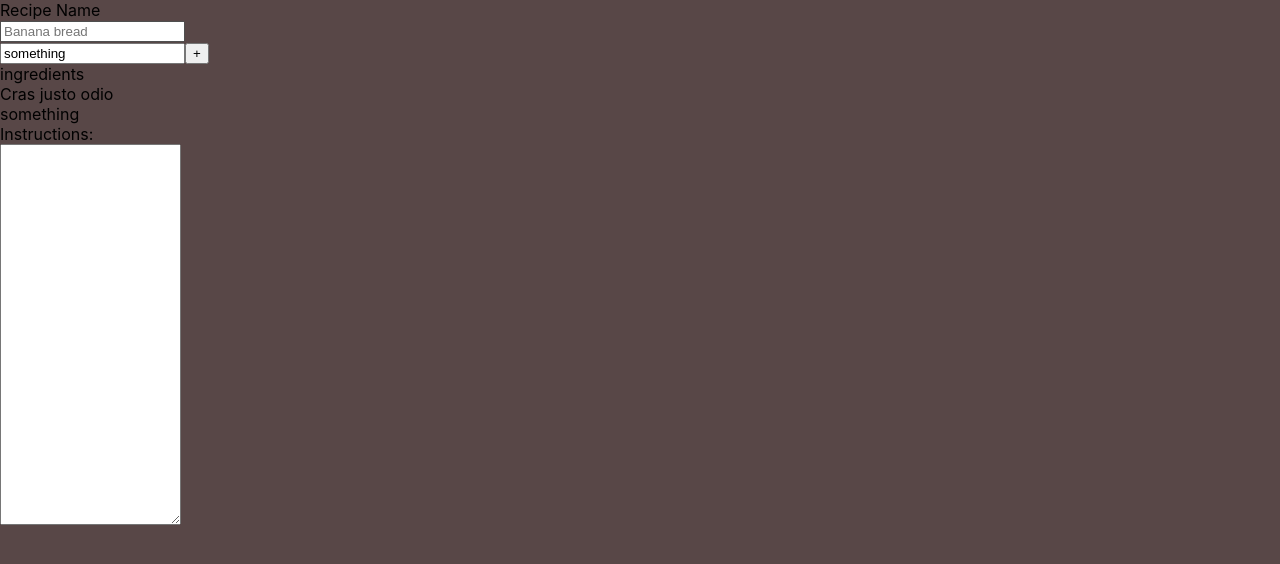
Repository: cdart1/React_Recipe_App
Page: / (app in recipe_app/)
The author's editor kept a copy of each file at every save. The page is drawn from the files as they stood at one save, then again after the next save.
The browser window is 1280 px wide. The pictures show the whole page.
The project was rebuilt for these pictures with package versions that can differ from the ones it lists, and the page was loaded fresh each time.

Above is the page before, as saved 2021-03-14 17:09:48.

After the next save:
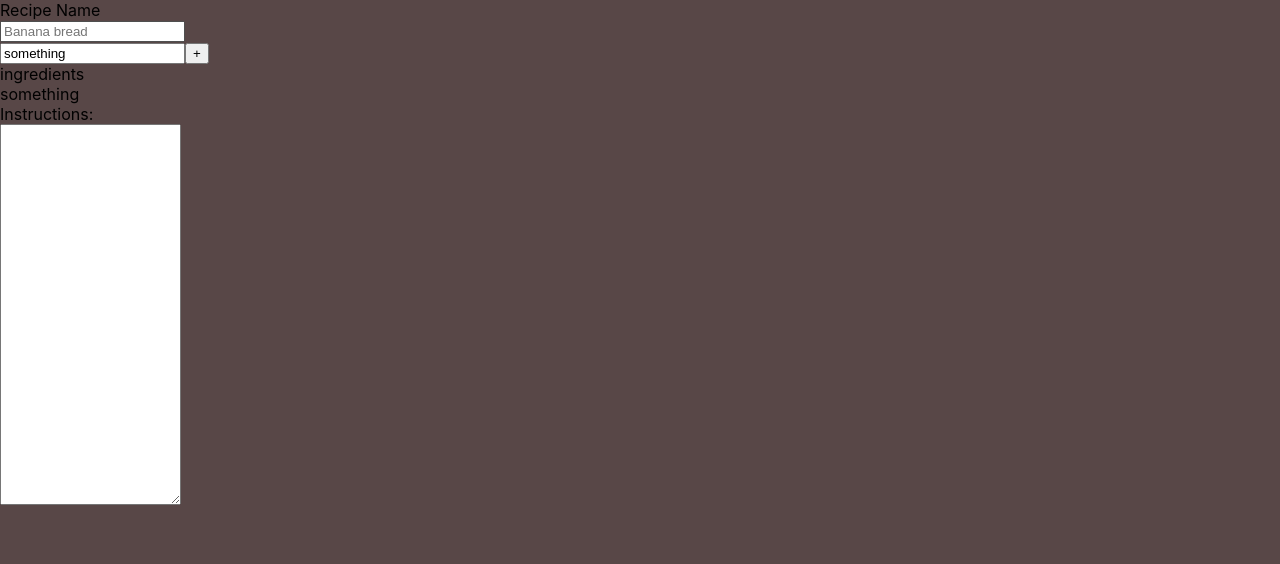
Saved 17 s later.
--- a/recipe_app/src/Components/form.js
+++ b/recipe_app/src/Components/form.js
@@ -28,7 +28,7 @@ const addIngredientHandler = () => {
                 <Card style={{ width: '18rem' }}>
                     <Card.Header>ingredients</Card.Header>
                     <ListGroup variant="flush">
-                        <ListGroup.Item>Cras justo odio</ListGroup.Item>
+
                     </ListGroup>
                 </Card>
                 <Ingredient ingredient="something" />
